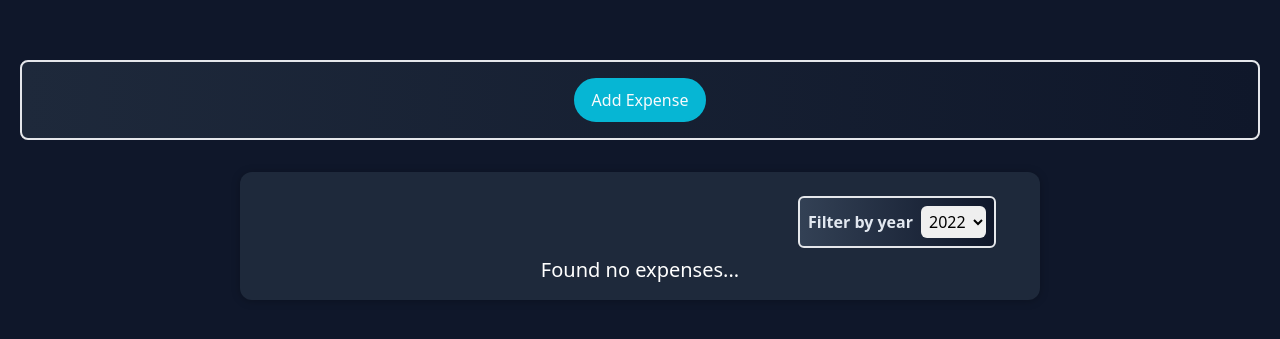
Repository: Sef24/expense-tracker
Page: /
These files come from the project's save history. The page is drawn as it stood at one moment and after the next save; the edit follows.
The browser window is 1280 px wide. The pictures show the whole page.
The project was rebuilt for these pictures with package versions that can differ from the ones it lists, and the page was loaded fresh each time. Also part of the build but not shown: src/components/ExpenseItem.css, src/components/ExpenseDate.css, src/components/ExpenseDate.js, src/components/ExpenseItem.js, src/components/NewExpense/NewExpense.css, src/components/NewExpense/ExpenseForm.css, src/components/NewExpense/ExpenseForm.js.

Above is the page before, as saved 2022-05-03 19:57:23.

After the next save:
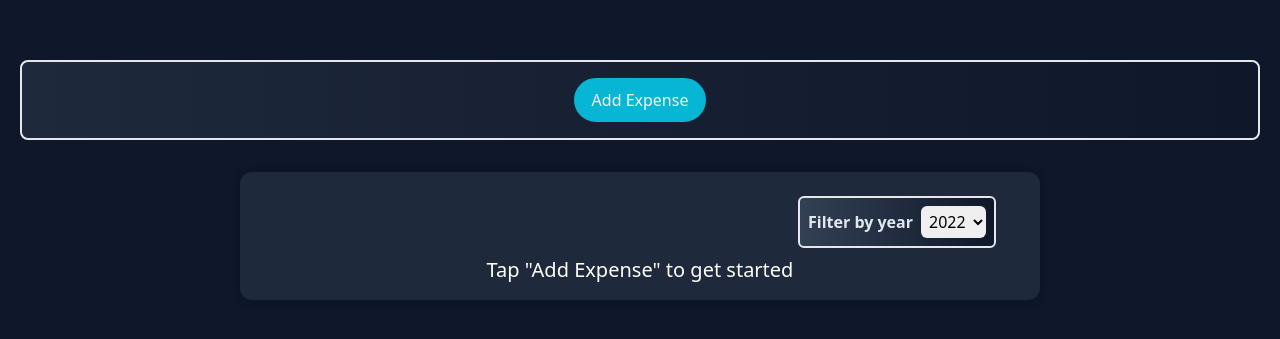
Saved 30 s later.
--- a/src/components/ExpensesList.js
+++ b/src/components/ExpensesList.js
@@ -6,7 +6,7 @@ const ExpensesList = (props) => {
   if (props.items.length === 0) {
     return (
       <h2 className="text-white font-light text-xl flex items-center justify-center">
-        Found no expenses...
+        Tap "Add Expense" to get started
       </h2>
     );
   }
